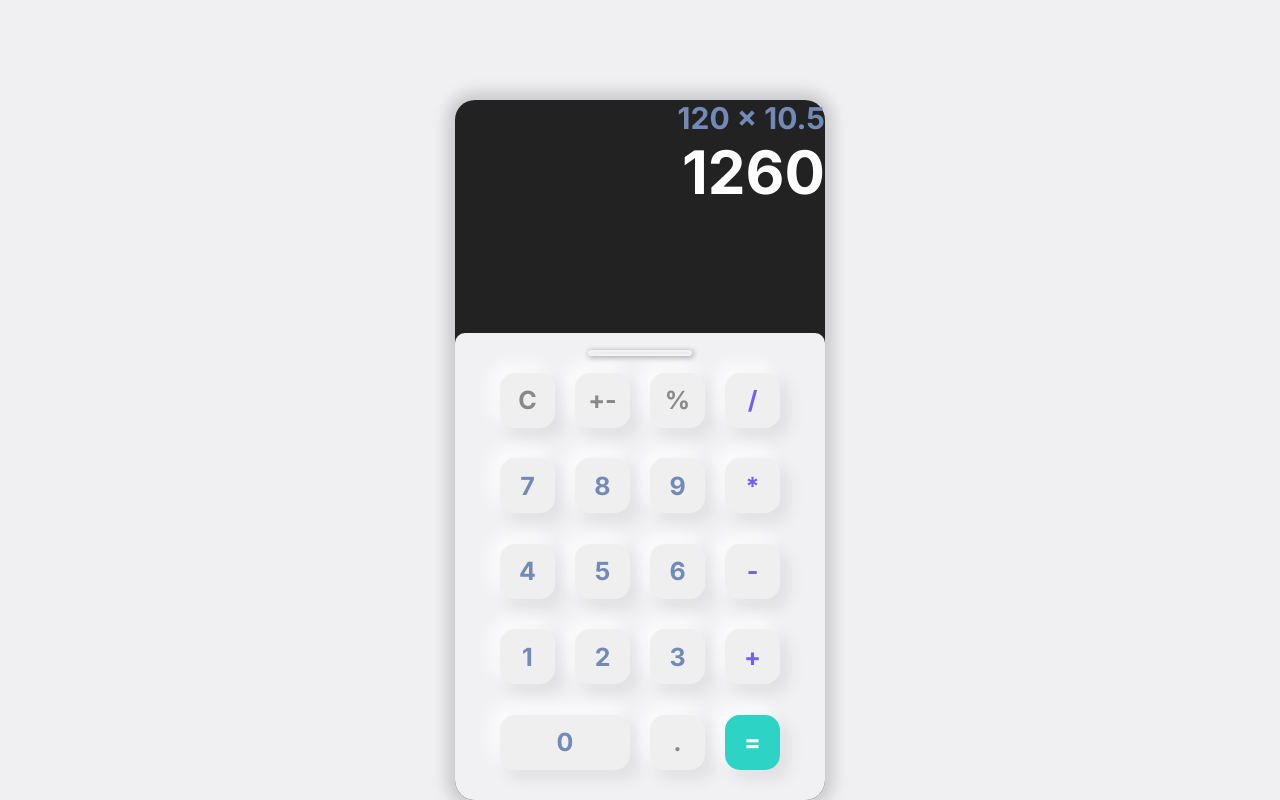
Repository: BrunoBross/calculator
Page: index.html
These files come from the project's save history. The page is drawn as it stood at one moment and after the next save; the edit follows.
The browser window is 1280 px wide. The pictures show the whole page.

Above is the page before, as saved 2021-12-01 00:24:51.

After the next save:
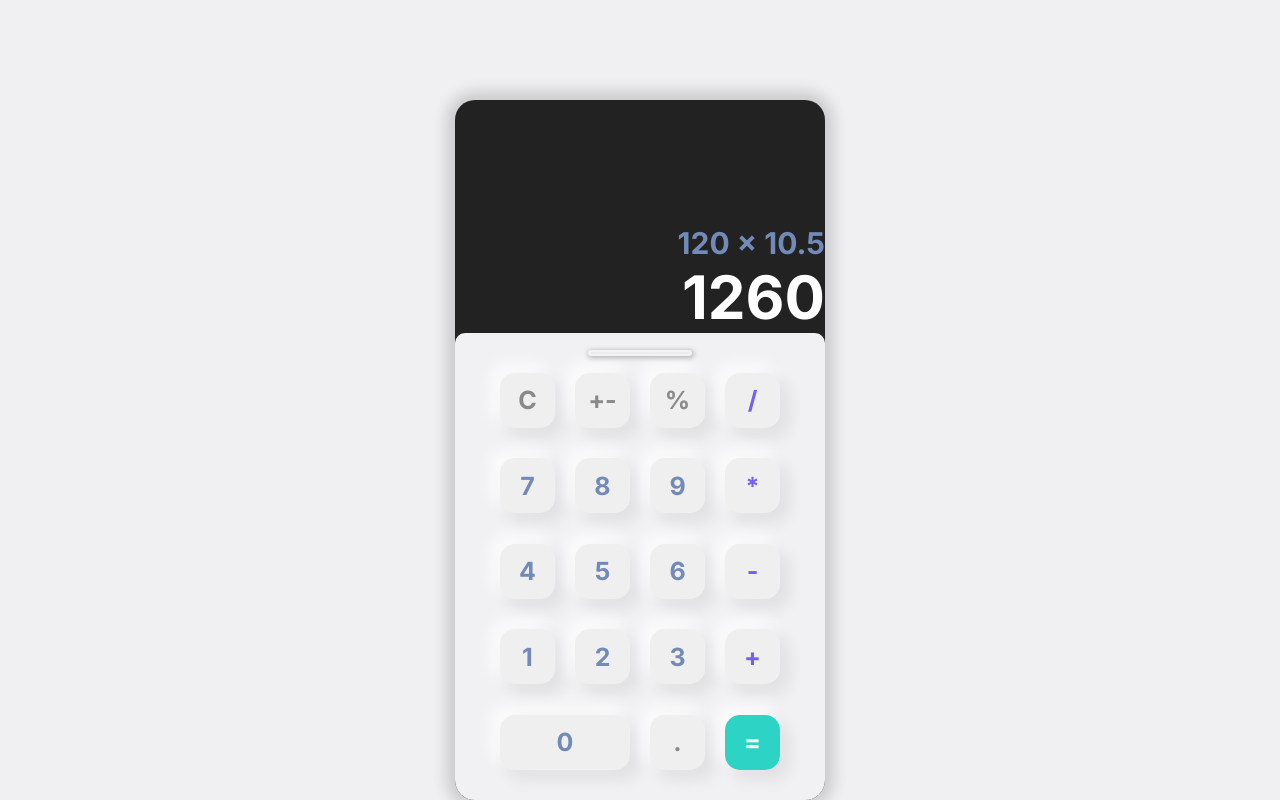
Saved 8 s later.
--- a/style.css
+++ b/style.css
@@ -29,6 +29,7 @@ main{
   display: flex;
   flex-direction: column;
   align-items: flex-end;
+  justify-content: end;
   height: 400px;
 }
 
